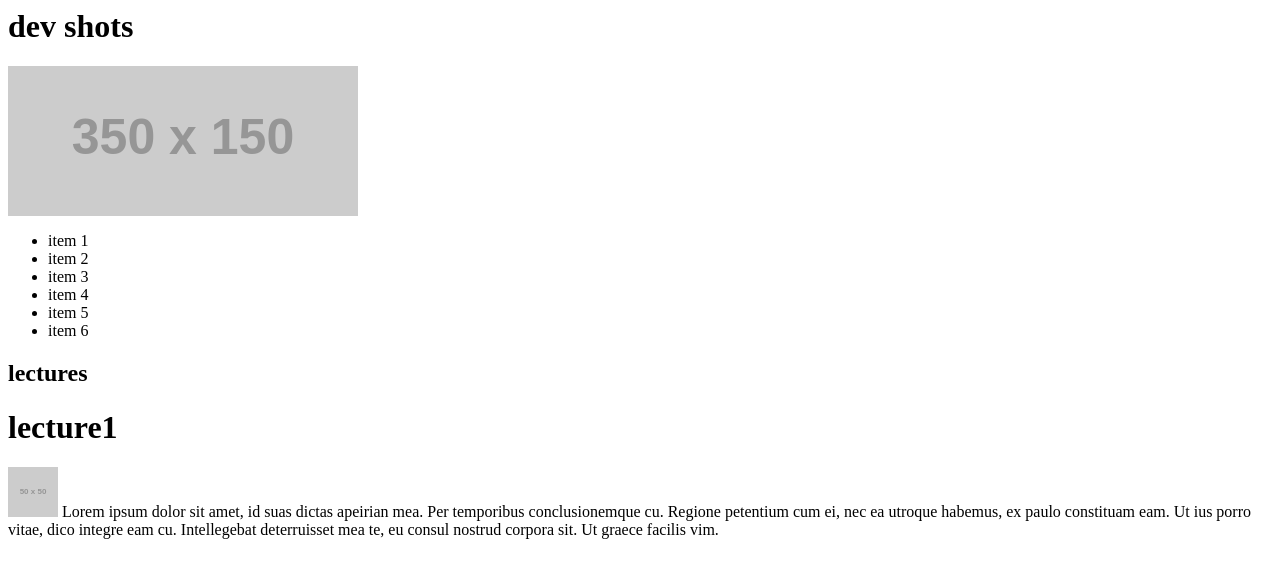
Repository: innaplx/exercises-devshots-html4-part1
Page: index.html
The author's editor kept a copy of each file at every save. The page is drawn from the files as they stood at one save, then again after the next save.
The browser window is 1280 px wide. The pictures show the whole page.

Above is the page before, as saved 2018-08-17 18:26:24.

### index.html
<html>
    <head>
        <h1>dev shots</h1>
        <a href="https://placeholder.com"><img src="https://via.placeholder.com/350x150"></a>
        <nav>
            <ul>
                <li><a herf="#" titel="item 1">item 1</a></li>
                <li><a herf="#" titel="item 2">item 2</a></li>
                <li><a herf="#" titel="item 3">item 3</a></li>
                <li><a herf="#" titel="item 4">item 4</a></li>
                <li><a herf="#" titel="item 5">item 5</a></li>
                <li><a herf="#" titel="item 6">item 6</a></li>
            </ul>
        </nav>

    </head>

    <body>
        <h2>lectures</h2>

            <div>
                <h1>lecture1</h1>
                <a href="https://placeholder.com"><img src="https://via.placeholder.com/50x50"></a>
                <text>Lorem ipsum dolor sit amet, id suas dictas apeirian mea. Per temporibus conclusionemque cu. Regione petentium cum ei, nec ea utroque habemus, ex paulo constituam eam. Ut ius porro vitae, dico integre eam cu. Intellegebat deterruisset mea te, eu consul nostrud corpora sit. Ut graece facilis vim.</text>
            </div>

    </body>
























</html>

After the next save:
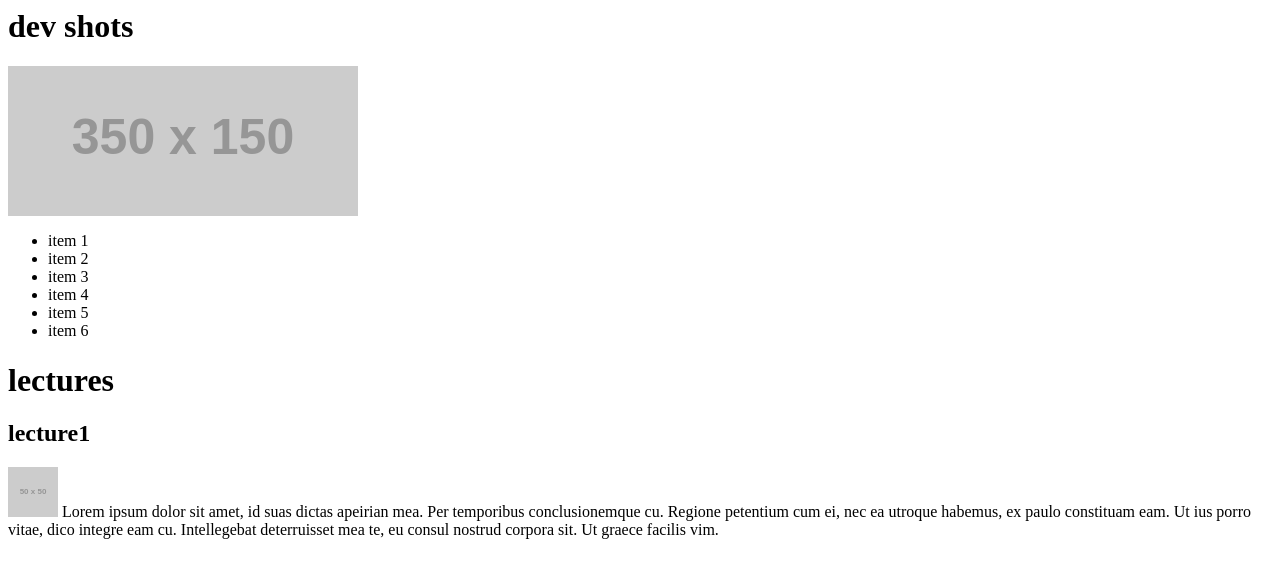
Saved 80 s later.
--- a/index.html
+++ b/index.html
@@ -16,10 +16,10 @@
     </head>
 
     <body>
-        <h2>lectures</h2>
+        <h1>lectures</h1>
 
             <div>
-                <h1>lecture1</h1>
+                <h2>lecture1</h2>
                 <a href="https://placeholder.com"><img src="https://via.placeholder.com/50x50"></a>
                 <text>Lorem ipsum dolor sit amet, id suas dictas apeirian mea. Per temporibus conclusionemque cu. Regione petentium cum ei, nec ea utroque habemus, ex paulo constituam eam. Ut ius porro vitae, dico integre eam cu. Intellegebat deterruisset mea te, eu consul nostrud corpora sit. Ut graece facilis vim.</text>
             </div>
